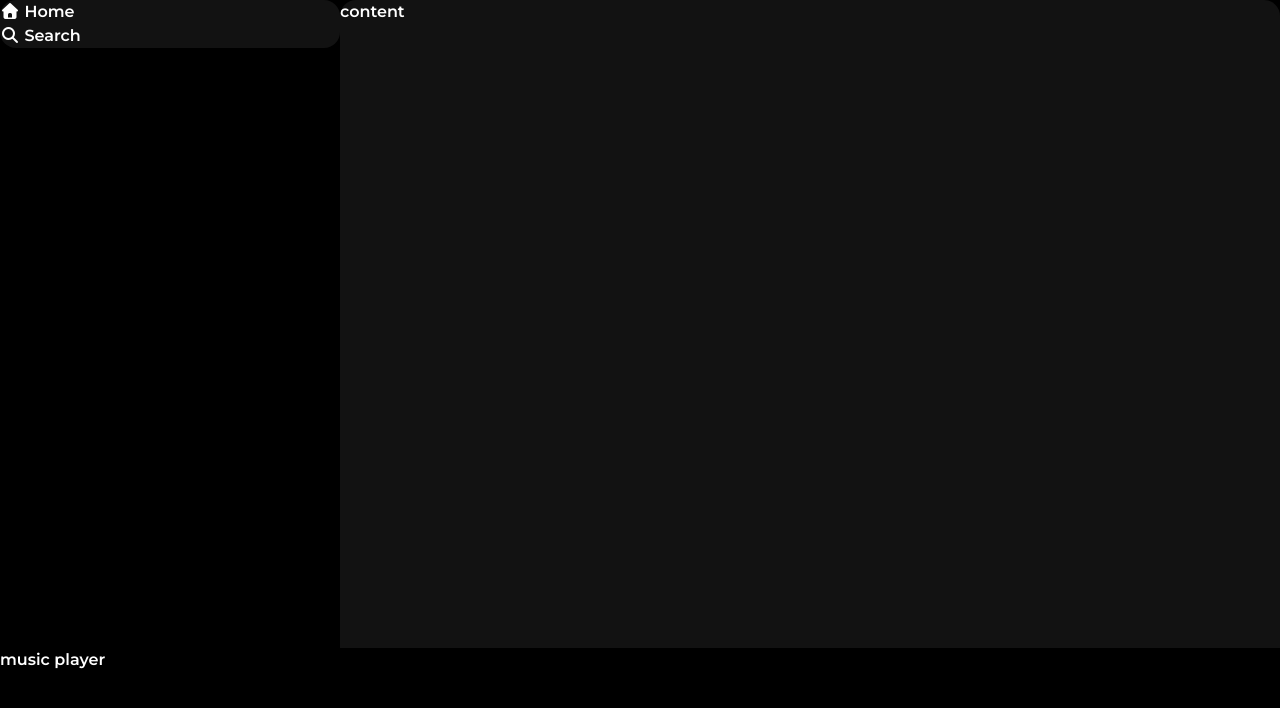
Repository: ketanBisht/spotifyFrontEnd
Page: index.html
The author's editor kept a copy of each file at every save. The page is drawn from the files as they stood at one save, then again after the next save.
The browser window is 1280 px wide. The pictures show the whole page.
Some web fonts or font styles are not loaded; a fallback is used. Some web libraries are served in a nearby version.

Above is the page before, as saved 2025-08-17 20:54:49.

### index.html
<!DOCTYPE html>
<html lang="en">
<head>
    <meta charset="UTF-8">
    <meta name="viewport" content="width=device-width, initial-scale=1.0">
    <link rel="stylesheet" href="https://cdnjs.cloudflare.com/ajax/libs/font-awesome/7.0.0/css/all.min.css" integrity="sha512-DxV+EoADOkOygM4IR9yXP8Sb2qwgidEmeqAEmDKIOfPRQZOWbXCzLC6vjbZyy0vPisbH2SyW27+ddLVCN+OMzQ==" crossorigin="anonymous" referrerpolicy="no-referrer" />
    <link href="https://cdn.jsdelivr.net/npm/bootstrap@5.3.7/dist/css/bootstrap.min.css" rel="stylesheet" integrity="sha384-LN+7fdVzj6u52u30Kp6M/trliBMCMKTyK833zpbD+pXdCLuTusPj697FH4R/5mcr" crossorigin="anonymous">
    <link rel="stylesheet" href="style.css">
    <link rel="icon" href="./assets/logo.png">
    <title> front end clone</title>
    <link rel="preconnect" href="https://fonts.googleapis.com">
    <link rel="preconnect" href="https://fonts.gstatic.com" crossorigin>
    <link href="https://fonts.googleapis.com/css2?family=Fira+Code:wght@300..700&family=IBM+Plex+Serif:ital,wght@0,100;0,200;0,300;0,400;0,500;0,600;0,700;1,100;1,200;1,300;1,400;1,500;1,600;1,700&family=Libertinus+Serif:ital,wght@0,400;0,600;0,700;1,400;1,600;1,700&family=Montserrat:ital,wght@0,100..900;1,100..900&family=Mukta:wght@200;300;400;500;600;700;800&family=Open+Sans:ital,wght@0,300..800;1,300..800&display=swap" rel="stylesheet">

</head>
<body>
    <div class="main">
        <div class="sideBar">
            <div class="nav">
                <div class="navOption">
                    <i class="fa-solid fa-house"></i>
                    <a href="">Home</a>
                </div>
                <div class="navOption">
                    <i class="fa-solid fa-magnifying-glass"></i>
                    <a href="">Search</a>
                </div>
            </div>
            <div class="library"></div>
        </div>
        <div class="mainContent">content</div>
        <div class="player">music player</div>
    </div>



    <script src="https://cdn.jsdelivr.net/npm/bootstrap@5.3.7/dist/js/bootstrap.bundle.min.js" integrity="sha384-ndDqU0Gzau9qJ1lfW4pNLlhNTkCfHzAVBReH9diLvGRem5+R9g2FzA8ZGN954O5Q" crossorigin="anonymous"></script>
</body>
</html>

### style.css
body{
  font-family: "Montserrat", sans-serif;
  font-optical-sizing: auto;
  font-weight: 512;
  font-style: normal;
  background-color: black;
  color: white;
  overflow: hidden;
}

.main{
    display: flex;
    height: 100vh;
}

.sideBar{
    width: 340px;
    border-radius: 1rem;
    -webkit-border-radius: 1rem;
    -moz-border-radius: 1rem;
    -ms-border-radius: 1rem;
    -o-border-radius: 1rem;
}

.mainContent{
    flex: 1;
    border-radius: 1rem;
    -webkit-border-radius: 1rem;
    -moz-border-radius: 1rem;
    -ms-border-radius: 1rem;
    -o-border-radius: 1rem;
    overflow: auto;
    background-color: #121212;
}

.player{
    position: fixed;
    bottom:0;
    width: 100%;
    height: 72px;
    background-color: black;
}
a{
    text-decoration: none;
    color: white;
}

.nav{
    background-color: #121212;
    border-radius: 1rem;
    -webkit-border-radius: 1rem;
    -moz-border-radius: 1rem;
    -ms-border-radius: 1rem;
    -o-border-radius: 1rem;
    display: flex;
    flex-direction: column;
    justify-content: center;
    height: ;
}

After the next save:
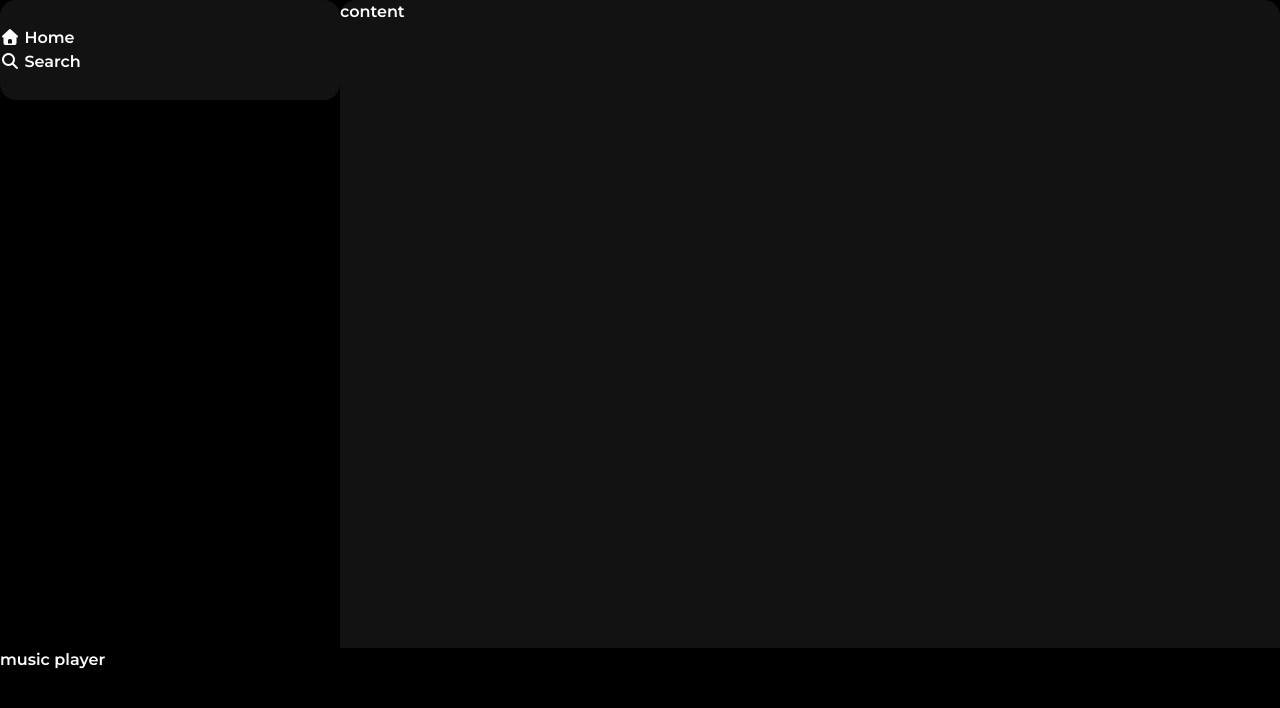
Saved 5 s later.
--- a/style.css
+++ b/style.css
@@ -55,5 +55,6 @@ a{
     display: flex;
     flex-direction: column;
     justify-content: center;
-    height: ;
+    height: 100px;
+
 }
